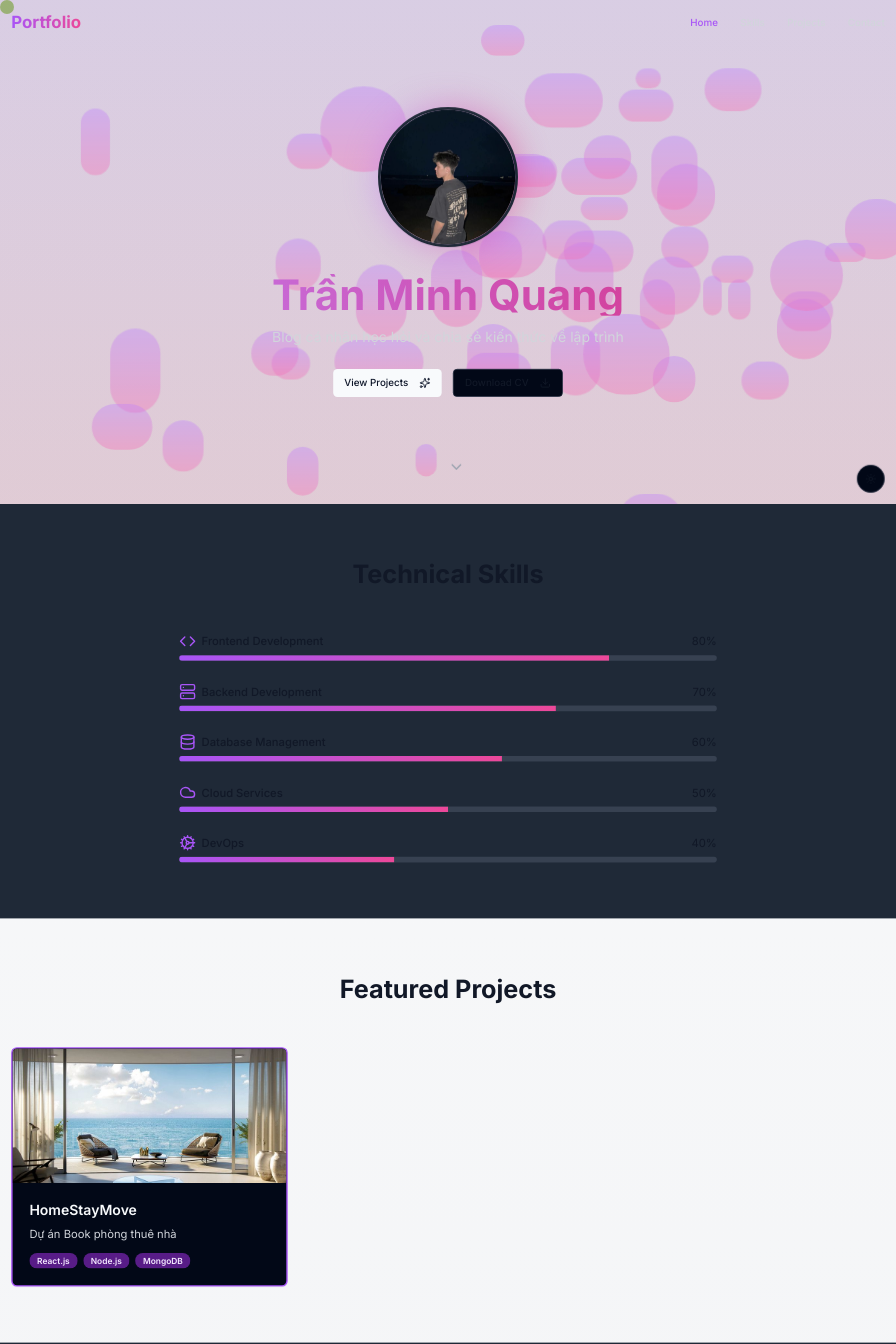
Repository: minhquang203/blog
Page: /
An editor plug-in stored every save of this project. The page is shown before and after the next save, followed by the edit.
The browser window is 1280 px wide. The pictures show the part of the page from y = 0 to 1920 px (the page is 2652 px tall before and 2436 px after), at 70% of full size.
The project was rebuilt for these pictures with package versions that can differ from the ones it lists, and the page was loaded fresh each time. The framework's server and built-in components were replaced by stand-ins that run in the browser. Also part of the build but not shown: next.config.ts.

Above is the page before, as saved 2024-12-31 00:34:54.

After the next save:
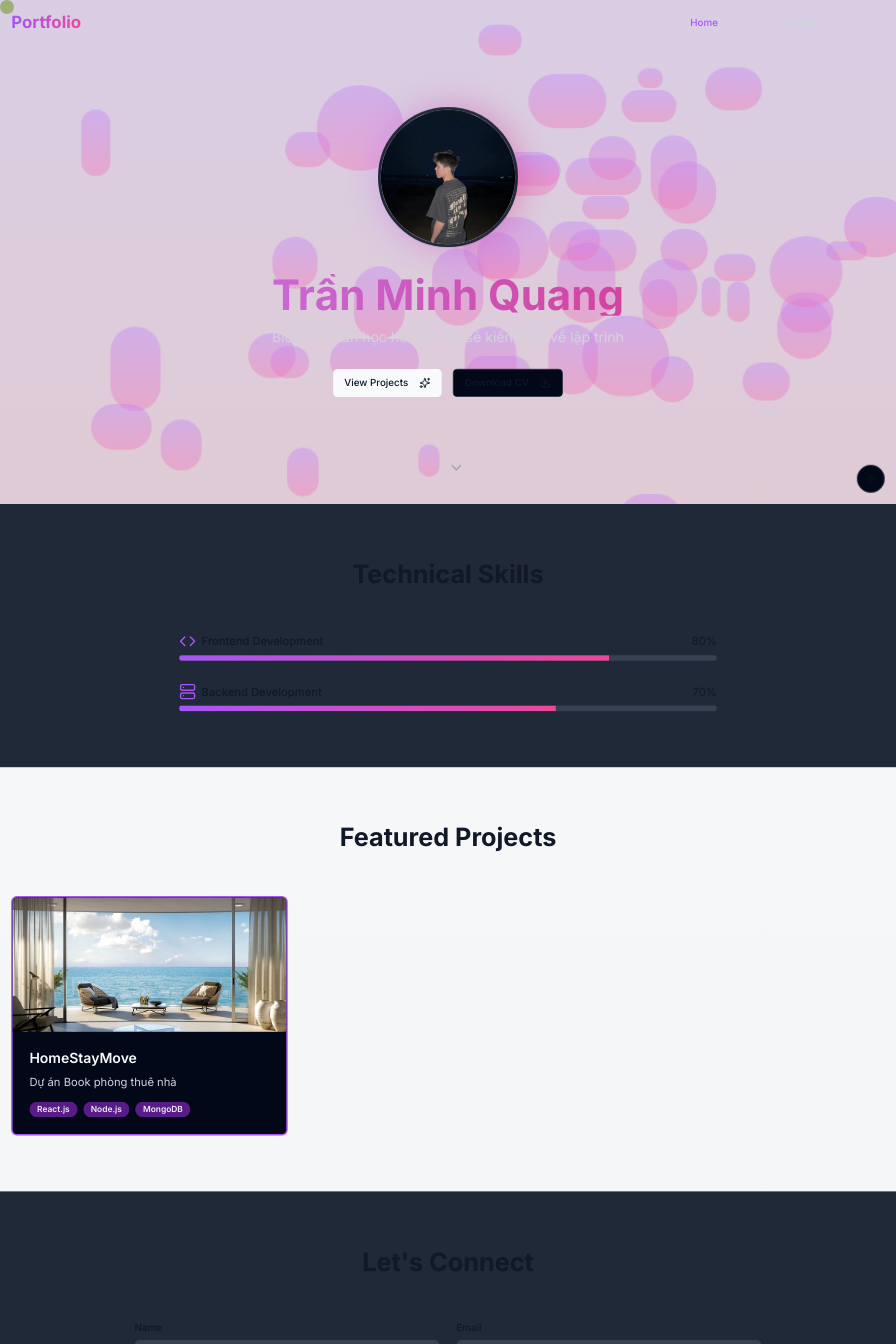
Saved 47 s later.
--- a/app/page.tsx
+++ b/app/page.tsx
@@ -8,10 +8,7 @@ import { Button } from "@/components/ui/button";
 import { motion, useScroll } from "framer-motion";
 import {
   ChevronDown,
-  Cloud,
   Code,
-  Cog,
-  Database,
   Download,
   Github,
   Globe,
@@ -20,7 +17,7 @@ import {
   Moon,
   Server,
   Sparkles,
-  Sun,
+  Sun
 } from "lucide-react";
 import dynamic from "next/dynamic";
 import Image from "next/image";
@@ -47,9 +44,6 @@ export default function Home() {
   const skills = [
     { name: "Frontend Development", level:80, icon: Code },
     { name: "Backend Development", level: 70, icon: Server },
-    { name: "Database Management", level: 60, icon: Database },
-    { name: "Cloud Services", level: 50, icon: Cloud },
-    { name: "DevOps", level: 40, icon: Cog },
   ];
 
   const projects = [
